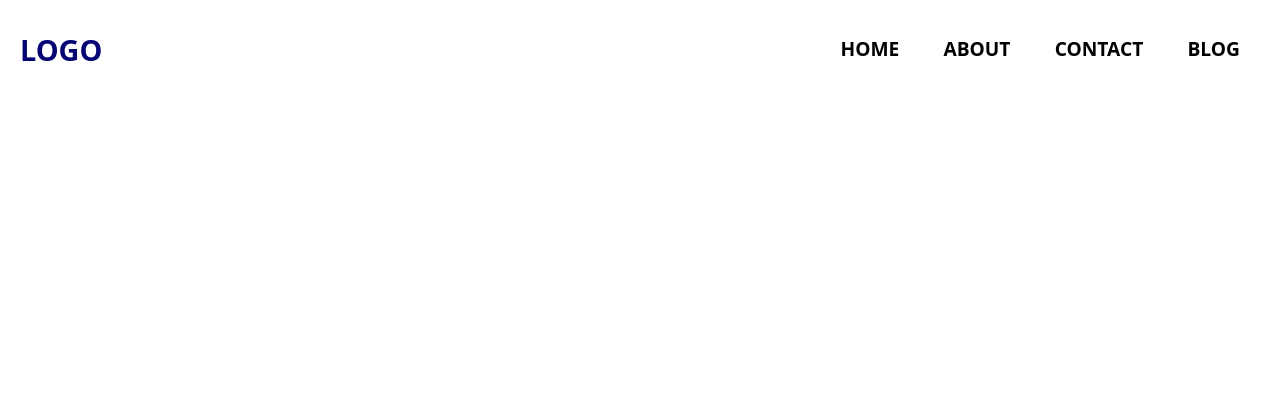
Repository: jaseem1999/sdCommunity
Page: http://localhost/sdCommunity/AdvSign.jsp
These files come from the project's save history. The page is drawn as it stood at one moment and after the next save; the edit follows.
The browser window is 1280 px wide. The pictures show the whole page.
The page is served by Tomcat 9.

Above is the page before, as saved 2023-10-16 14:40:32.

After the next save:
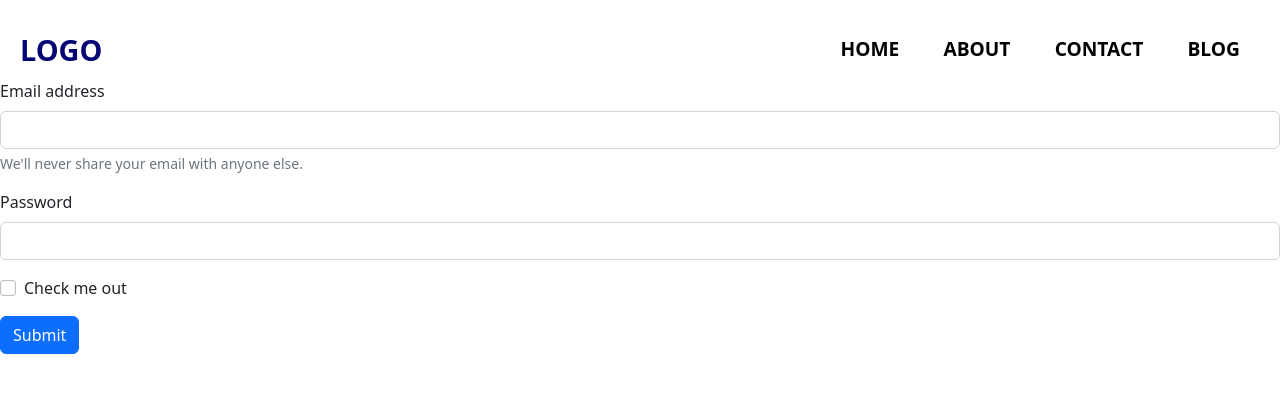
Saved 17 min 58 s later.
--- a/sdCommunity/src/main/webapp/AdvSign.jsp
+++ b/sdCommunity/src/main/webapp/AdvSign.jsp
@@ -101,6 +101,24 @@
         </div>
       </nav>
     </header>
+
+    <form>
+		  <div class="mb-3">
+		    <label for="exampleInputEmail1" class="form-label">Email address</label>
+		    <input type="email" class="form-control" id="exampleInputEmail1" aria-describedby="emailHelp">
+		    <div id="emailHelp" class="form-text">We'll never share your email with anyone else.</div>
+		  </div>
+		  <div class="mb-3">
+		    <label for="exampleInputPassword1" class="form-label">Password</label>
+		    <input type="password" class="form-control" id="exampleInputPassword1">
+		  </div>
+		  <div class="mb-3 form-check">
+		    <input type="checkbox" class="form-check-input" id="exampleCheck1">
+		    <label class="form-check-label" for="exampleCheck1">Check me out</label>
+		  </div>
+		  <button type="submit" class="btn btn-primary">Submit</button>
+	</form>
+
 <script type="text/javascript">
 const hamburger = document.querySelector('.hamburger');
 const navLink = document.querySelector('.nav__link');
